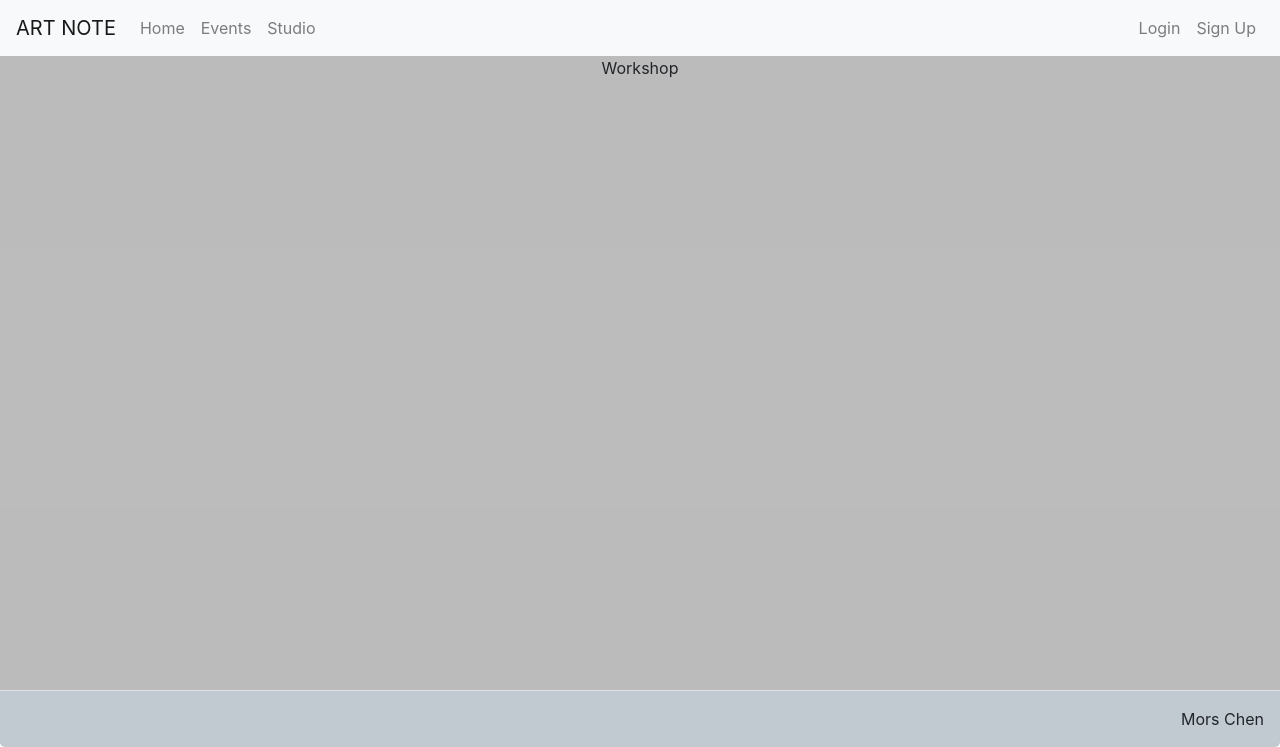
Repository: MorsChen/Final-Client
Page: /workshop (app in client-app/)
The author's editor kept a copy of each file at every save. The page is drawn from the files as they stood at one save, then again after the next save.
The browser window is 1280 px wide. The pictures show the whole page.
The page's requests for data from a server got no answer. The project was rebuilt for these pictures with package versions that can differ from the ones it lists, and the page was loaded fresh each time. No one was signed in, and anything a server would have sent is missing. Also part of the build but not shown: client-app/src/page/Home.js, client-app/src/page/SignUp.js, client-app/src/page/Login.js, client-app/src/page/Profile.js.

Above is the page before, as saved 2019-10-01 15:39:51.

### client-app/public/index.html
<!DOCTYPE html>
<html lang="en">
  <head>
    <meta charset="utf-8" />
    <link rel="shortcut icon" href="%PUBLIC_URL%/favicon.ico" />
    <meta name="viewport" content="width=device-width, initial-scale=1" />
    <meta name="theme-color" content="#000000" />
    <meta
      name="description"
      content="Web site created using create-react-app"
    />
    <link rel="apple-touch-icon" href="logo192.png" />
    <link
        rel="stylesheet"
        href="https://maxcdn.bootstrapcdn.com/bootstrap/4.3.1/css/bootstrap.min.css"
        integrity="sha384-ggOyR0iXCbMQv3Xipma34MD+dH/1fQ784/j6cY/iJTQUOhcWr7x9JvoRxT2MZw1T"
        crossorigin="anonymous"
      />
    <!--
      manifest.json provides metadata used when your web app is installed on a
      user's mobile device or desktop. See https://developers.google.com/web/fundamentals/web-app-manifest/
    -->
    <link rel="manifest" href="%PUBLIC_URL%/manifest.json" />
    <!--
      Notice the use of %PUBLIC_URL% in the tags above.
      It will be replaced with the URL of the `public` folder during the build.
      Only files inside the `public` folder can be referenced from the HTML.

      Unlike "/favicon.ico" or "favicon.ico", "%PUBLIC_URL%/favicon.ico" will
      work correctly both with client-side routing and a non-root public URL.
      Learn how to configure a non-root public URL by running `npm run build`.
    -->
    <title>Art Note</title>
  </head>
  <body>
    <noscript>You need to enable JavaScript to run this app.</noscript>
    <div id="root"></div>
    <!--
      This HTML file is a template.
      If you open it directly in the browser, you will see an empty page.

      You can add webfonts, meta tags, or analytics to this file.
      The build step will place the bundled scripts into the <body> tag.

      To begin the development, run `npm start` or `yarn start`.
      To create a production bundle, use `npm run build` or `yarn build`.
    -->
  </body>
</html>

### client-app/src/App.js
import React from "react";
import { BrowserRouter as Router, Route } from "react-router-dom";
import "./App.css";
import 'bootstrap/dist/css/bootstrap.min.css';



import Home from "./page/Home";
import SignUp from "./page/SignUp";
import Login from "./page/Login";
import Logout from "./page/Logout";
import Profile, {EditProfile, CreateProfile} from "./page/Profile";
import NavBar from "./static/NavBar";

// const URL = `https://127.0.0.1:5000/`
export default class App extends React.Component {
  constructor(props) {
    super(props);
    const existingToken = localStorage.getItem('token');
    const accessToken = (window.location.search.split("=")[0]==="?api_key") ? window.location.search.split("=")[1] : null;

    if (!accessToken && !existingToken){
        window.location.replace(`localhost:3000/`)
    };

    if (accessToken) {
        localStorage.setItem('token', accessToken);
    };

    this.state = {
      isloading:true,
      events: {},
      blogs: {},
      users: {},
      profiles: {},
      comments: {},
      news: {},
      token: existingToken || accessToken,
      user:{isSignin:false}
    }
  }

  componentDidMount() {
    this.fetchhome()
    this.fetchUser()
  }

  fetchUser= async() =>{
    const a = await fetch('https://127.0.0.1:5000/getuserinfo',{
      headers: {
        "Content-Type": "application/json",
        "Authorization": `Token ${this.state.token}`
      }
    })
    const b = await a.json()
    if (b.status === 200) {
      b.user.isSignin= true;
      b.user.token = this.state.token
      this.setState({isloading:true,user:b.user})
    }
  }

  fetchhome = async()=>{
    const token = this.state.token
    const resp = await fetch(`https://127.0.0.1:5000/userload`, {
            method: "GET",
            headers: ({
                "Content-Type": "application/json",
                "Authorization": `Token ${token}`
                })
            });
    const data = await resp.json()
    console.log("home data",data)
  }

  getToken = (token) => {
    this.setState({token : token})

  }
  // isSignin = () =>{
  //   if (this.state.token !== null){
  //     this.setState({ isSignin : true})
  //   }else {
  //     this.setState({isSignin: false})
  //   }
  //   localStorage.setItem('isSignin', this.isSignin)
  // }

  render() {
    console.log('check state', this.state)
    return (
      <div className="App">
        <Router>
            <NavBar user = {this.state.user} />


          <div className="mag-top">
            <Route path="/" exact component={Home}/>
            <Route path="/events/" exact component={Events} />
            <Route path="/studio/" exact component={Studio} />
            <Route path="/workshop/" component={Workshop} />
            <Route path="/profile/" exact component={ (props) => <Profile {...props} user = {this.state.user} />} />
            <Route path="/profile/create/" comment ={(props)=> <CreateProfile {...props} user = {this.state.user} />}/>
            <Route path="/profile/edit/" comment ={(props)=> <EditProfile {...props} user = {this.state.user} />}/>
            <Route path="/courses/" component={Courses} />
            {/* <Route path="/learningpaths/" component={LearningPaths} /> */}
            <Route path="/login/" component={ (props) => <Login {...props} getToken = {this.getToken} />}/>
            <Route path="/logout/" component= { (props) => <Logout {...props} token = {this.state.token} />}/>
            <Route path="/register/" component={SignUp} />
            <Route path="/about/" component={About} />
          </div>

          <div className="modal-footer">Mors Chen</div>
        </Router>
      </div>
    );
  }

}

function Events() {
  return <div className="FullContent"> Events </div>;
}

function Studio() {
  return <div className="FullContent"> Studio </div>;
}

function Workshop() {
  return <div className="FullContent"> Workshop </div>;
}

function Courses() {
  return <div className="FullContent"> Courses </div>;
}

// function LearningPaths() {
//   return <div> Learning Paths </div>;
// }

function About() {
  return <div className="FullContent"> ABOUT</div>;
}

// function Logout () {
//   return window.location.replace(`${URL}logout`)
// }

### client-app/src/App.css
.App {
  text-align: center;
}

@import url('https://fonts.googleapis.com/css?family=Exo:700');
@import url('https://fonts.googleapis.com/css?family=Abel');

.App-logo {
  height: 40vmin;
}

.App-header {
  background-color: #282c34;
  min-height: 100vh;
  display: flex;
  flex-direction: column;
  align-items: center;
  justify-content: center;
  font-size: calc(10px + 2vmin);
  color: white;
}

.App-link {
  color: #09d3ac;
}

.slider {
  height: 100vh;
  margin-top: -100px;
}

.navbar {
  position: fixed;
  top: 0;
  width: 100%;
  z-index: 1;
  }

.modal-footer {
  background-color: #607a8a65;
}

.mag-top {
  margin-top: 3.5rem;
}


.flip-card {
  background-color: transparent;
  width: 12rem;
  height: 19rem;
  perspective: 1000px;

}

.flip-card-inner {
  position: relative;
  width: 12rem;
  height: 19rem;
  text-align: center;
  transition: transform 1s;
  transform-style: preserve-3d;
  box-shadow: 0 4px 8px 0 rgba(0,0,0,0.2);
}

.flip-card:hover .flip-card-inner {
  transform: rotateY(180deg);
}

.flip-card-front, .flip-card-back {
  position: absolute;
  width: 12rem;
  height: 19rem;
  backface-visibility: hidden;
}

.flip-card-front {
  background-color: #bbb;
  color: black;
}

.flip-card-back {
  background-color: #524221;
  color: rgb(255, 189, 66);
  transform: rotateY(180deg);
}

.FullContent {
  display: flex;
  width: 100vw;
  height: 88vh;
  text-align: center;
  align-items: center;
  flex-direction: column;
  background-color: rgba(32, 32, 32, 0.301);
  margin-top: 2rem;
}

.form-content {
  display: flex;
  width: 80%;
  margin-top: 2rem;
  flex-direction: column;
  justify-content: space-between;
  padding: 1rem;
}

.content {
  display: flex;
  width: 100%;
  height: auto;
  justify-content: center;
}
.card-content {
  display: flex;
  width: 80%;
  margin-top: 2rem;
  flex-direction: row-reverse;
  justify-content: space-between;
  padding: 1rem;
}

.test-div{
  display: flex;
  width: 100%;
  margin-top: 20rem;
  /* height: 500px; */
  color: black;
}



/* Stop------ */
.card-tab {
  background-color: #4201010e;
  width: 100vw;
  height: auto;
  -webkit-transform: perspective(900px);
  transform: perspective(900px);
  -webkit-transform-style: preserve-3d;
  transform-style: preserve-3d;
  text-align:center;
}

.card-font {
  font-family: 'Abel', sans-serif;
  color: white;
  text-align:center;
  font-size:12px;
  text-align: center;
  transform: translatex(12px);
}

.text-h3-card {
  font-size:25px;
  font-family: 'Abel', sans-serif;
  color:rgb(255,255,255);
  text-shadow: 0 0 2px rgb(255,255,255);
  transform: translatey(10px);
}

.card1 {
  text-align:center;
  width: 10em;
  height: 350px;
  margin: 1rem;
  background: linear-gradient(rgb(225,150,58),rgb(227,144,91));
  transition:.6s;

  transform: rotatex(75deg) translatey(-200px) translatez(-100px);
  box-shadow: 0px 20px 60px rgba(0,0,0, 0.5);
}
.card1:hover{
  transform: rotatex(0deg);
  transition:.6s;
  box-shadow: 0px 0px 20px rgba(0, 0, 0, 0.3);
}
.card1 img{
  transform: translateY(1rem);
  width: 10em;
  height:120px;
}

.card2 {
  text-align:center;
  width: 10rem;
  height: 350px;
  margin: 1rem;
  background: linear-gradient(rgb(93,94,170),rgb(93,66,103));
  animation: animate 1s linear infinite;
  transition:.6s;

  transform: rotatex(75deg) translatey(-200px) translatez(-100px);
  box-shadow: 0px 20px 60px rgba(0, 0, 0, 0.5);
}
.card2:hover{
  transform: rotatex(0deg);
  transition:.6s;
  box-shadow: 0px 0px 20px rgba(0, 0, 0, 0.3);
}
.card2 img{
  transform: translateY(1rem);
  width: 10em;
  height:150px;
}
.card3 {
  text-align:center;
  width: 10em;
  height: 350px;
  margin: 1rem;
  background: linear-gradient(#ff5252, #b33939);
  transition:.6s;

  transform: rotatex(75deg) translatey(-200px) translatez(-100px);
  box-shadow: 0px 20px 60px rgba(0, 0, 0, 0.5);
}
.card3:hover{
  transform: rotatex(0deg);
  transition:.6s;
  box-shadow: 0px 0px 20px rgba(0, 0, 0, 0.3);
}
.card3 img{
  transform: translateY(1rem);
  width: 10em;
  height:120px;
}

### client-app/src/page/Logout.js
import React from "react";

const URL = `https://127.0.0.1:5000/`

export default class Logout extends React.Component {
    constructor(props){
        super(props)
        this.state = {...props}
        console.log('check props', this.state)

    }

    componentDidMount(){
        this.deltoken()
    }
    deltoken = async () => {
        console.log('check token inside', this.state.token)
        console.log('check URL', `${URL}logout`)
        const response = await fetch(`${URL}logout`, {
        method: 'GET',
        headers: {
            'Accept': 'application/json',
            'Content-Type': 'application/json',
            'Authorization': `Token ${this.state.token}`
        }
        })
        const status = await response.json()
        console.log('STATUS',status.status)
        if (status.status === 200) {
            localStorage.clear('token')
            this.setState({ token: null })
            return window.location.replace(`http://localhost:3000/`);}
            else {return alert('something wrong')}
    }
    sendToken=(token)=>{
        this.props.getToken({token: token})
    }

    render (){

        return [

        ]
    }
}

### client-app/src/static/NavBar.js
import React from "react";
import { Link } from "react-router-dom";
import { Navbar, Nav} from "react-bootstrap";


export default class NavBar extends React.Component {


  render () {
    console.log('check pass user', this.props.user)
      return [
          <Navbar bg="light" expand="lg">
          <Link class="navbar-brand" to="/">ART NOTE</Link>
            <Navbar.Toggle aria-controls="basic-navbar-nav" />
            <Navbar.Collapse id="basic-navbar-nav">
              <Nav className="mr-auto">
                <Link class="nav-link" to="/">
                    Home
                  </Link>
                  <Link class="nav-link" to="/events/">
                    Events
                  </Link>
                  <Link class="nav-link" to="/studio/">
                    Studio
                  </Link>
                  {this.props.user.isSignin ? <>
                    <Link class="nav-link" to="/workshop/">
                    WorkShop
                    </Link>
                    <Link class="nav-link" to="/courses/">
                      Courses
                    </Link>
                    <Link class="nav-link" to="/profile/">
                      Profile
                    </Link>
                    <Link class="nav-link" to="/about/">
                      About
                    </Link>
                    </> : <>
                      </>}

                {/* <NavDropdown title="Dropdown" id="basic-nav-dropdown">
                  <NavDropdown.Item href="#action/3.1">Action</NavDropdown.Item>
                  <NavDropdown.Item href="#action/3.2">Another action</NavDropdown.Item>
                  <NavDropdown.Item href="#action/3.3">Something</NavDropdown.Item>
                  <NavDropdown.Divider />
                  <NavDropdown.Item href="#action/3.4">Separated link</NavDropdown.Item>
                </NavDropdown> */}
              </Nav>
              <Nav className="mr-0">
                  {this.props.user.isSignin ? <><Link class="nav-link" to="/logout">Logout</Link>
                  </> : <>
                      <Link class="nav-link" to="/login">Login</Link>
                      <Link class="nav-link" to="/register">Sign Up</Link></>}
              </Nav>
            </Navbar.Collapse>
          </Navbar>

      ]
  }
}

Loaded but not shown: client-app/src/index.js (common file); client-app/src/index.css (common file); client-app/src/serviceWorker.js (common file)

After the next save:
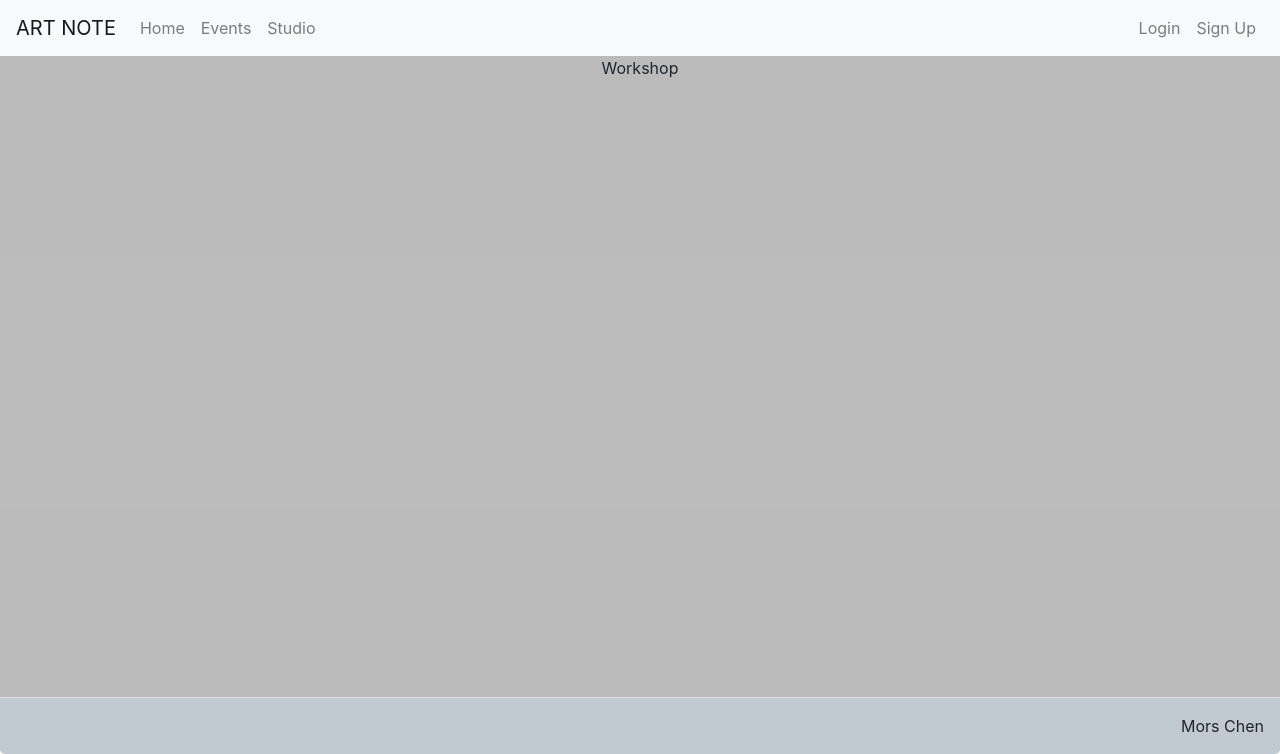
Saved 5 s later.
--- a/client-app/src/App.css
+++ b/client-app/src/App.css
@@ -88,7 +88,7 @@
 .FullContent {
   display: flex;
   width: 100vw;
-  height: 88vh;
+  height: 89vh;
   text-align: center;
   align-items: center;
   flex-direction: column;
